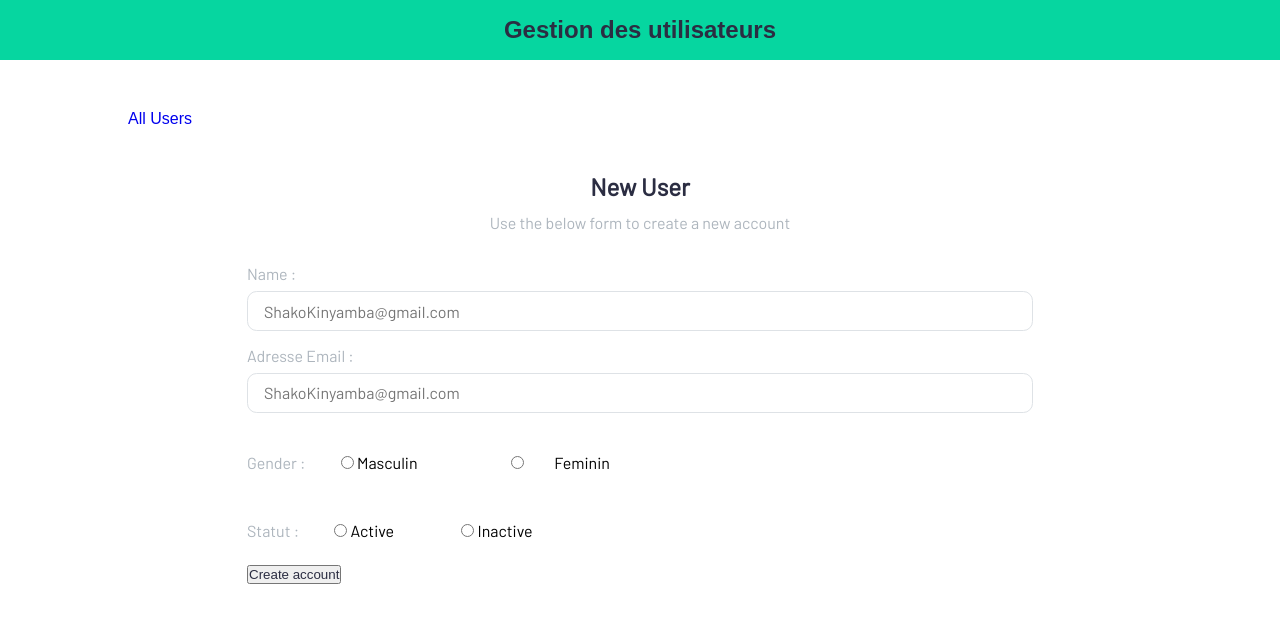
Repository: SKB-TECH/CrudMren
Page: add-user.html
The author's editor kept a copy of each file at every save. The page is drawn from the files as they stood at one save, then again after the next save.
The browser window is 1280 px wide. The pictures show the whole page.
Some web fonts or font styles are not loaded; a fallback is used.

Above is the page before, as saved 2022-10-11 12:57:24.

### add-user.html
<!DOCTYPE html>
<html lang="en">

<head>
    <meta charset="UTF-8">
    <meta http-equiv="X-UA-Compatible" content="IE=edge">
    <meta name="viewport" content="width=device-width, initial-scale=1.0">
    <link rel="stylesheet" href="https://cdnjs.cloudflare.com/ajax/libs/font-awesome/6.2.0/css/all.min.css"
        integrity="sha512-xh6O/CkQoPOWDdYTDqeRdPCVd1SpvCA9XXcUnZS2FmJNp1coAFzvtCN9BmamE+4aHK8yyUHUSCcJHgXloTyT2A=="
        crossorigin="anonymous" referrerpolicy="no-referrer" />
    <link rel="stylesheet" href="./assets/css/style.css">
    <title>CRUD APPLICATION</title>
</head>

<body>
    <!-- Header -->
    <header id="header">
        <nav>
            <div class="container">
                <div class="text-center">
                    <a href="/" class="nav-brand text-dark">Gestion des utilisateurs</a>
                </div>
            </div>
        </nav>
    </header>
    <!-- /Header -->
    <!-- Main  -->
    <main id="site-main">
        <div class="container">
            <div class="box-nav d-flex-justify=between ">
                <div class="filteer">
                    <a href="/">All Users</a>
                </div>
            </div>

            <div class="form-title text-center">
                <h2 class="text-dark">New User</h2>
                <span class="text-light">Use the below form to create a new account</span>
            </div>

            <!-- Form handling -->
             <form action="" method="POST" id="update_user">
                <div class="new_user">
                    <!-- nom de l'utilisateur -->
                    <div class="form-group">
                        <label for="name" class="text-light">Name : </label>
                        <input type="hidden" name="id" value="">
                        <input type="text" name="name" placeholder="ShakoKinyamba@gmail.com">
                    </div>
                    <!-- adresse mail -->
                    <div class="form-group">
                        <label for="name" class="text-light">Adresse Email : </label>
                        <input type="text" name="email" placeholder="ShakoKinyamba@gmail.com">
                    </div>
                    <!-- Sexe de l'agent -->
                    <div class="form-group">
                        <label for="name" class="text-light">Gender : </label>
                        <div class="radio inline">
                            <input type="radio" name="gender" value="Masculin">
                            <label for="gender" class="radio-label">Masculin</label>
                        </div>

                        <div class="radio inline">
                            <input type="radio" name="gender" value="Feminin" class="radio">
                            <label for="gender" class="radio-label">Feminin</label>
                        </div>
                    </div>

                    <!-- le statut -->
                    <div class="form-group">
                        <label for="name" class="text-light">Statut : </label>
                        <div class="radio inline">
                            <input type="radio" name="statut" value="Active">
                            <label for="statut" class="radio-label">Active</label>
                        </div>

                        <div class="radio inline">
                            <input type="radio" name="statut" value="Inactive">
                            <label for="statut" class="radio-label">Inactive</label>
                        </div>
                    </div>
                    <!-- fin Statut -->

                    <!-- Submit -->
                    <div class="form-group">
                        <button type="submit" class="btn text-dark update">Create account</button>
                    </div>
                </div>
             </form>
            <!-- /Form handling -->
        </div>
    </main>
    <!-- /Main -->
</body>

</html>

### assets/css/style.css
@import url('https://fonts.googleapis.com/css2?family=Barlow&family=PT+Sans&display=swap');

/* font-family: 'Barlow', sans-serif;
font-family: 'PT Sans', sans-serif; */

:root {
    --dark: #2b2d42;
    --light: #adb5bd;
    --border: #dee2e6;
    --border-btn: #edf2f4
}

* {
    padding: 0;
    margin: 0;
    box-sizing: border-box;
}

a {
    text-decoration: none;
    font-family: 'PT Sans', sans-serif;
}

.container {
    max-width: 1024px;
    margin: auto;
}

.nav-brand {
    font-size: 1.5em;
    font-weight: bold;
}

.d-flex {
    display: flex;
    flex-wrap: wrap;
}

.justify-between {
    justify-content: space-between;
}

.text-center {
    text-align: center;
}

.border-btn {
    border: 1px solid var(--border-btn);
    box-shadow: 1px 3px 10px #e9ecef;
}

.text-dark {
    color: var(--dark);
}

.inline {
    display: inline-block;
}

.text-light {
    color: var(--light)
}

#header nav {
    background-color: #06d6a0;
    padding: 1em 0;
    width: 100%;
}

#site-main {
    margin-top: 3em;
    font-family: 'Barlow', 'Sans-serif';
}

#site-main .container .box-nav>a {
    font-size: 1em;
    padding: 5em 1em;
}

#site-main .container form {
    margin: 2em 0;
}

table {
    border-spacing: 0px;
    width: 100%;
}

.table td,
.table th {
    padding: .75em;
    vertical-align: top;
    text-align: center;
    border-top: 1px solid var(--border);
}

.table td>a.btn {
    padding: 3em 1em;
    font-size: 1.1em;
    margin: 0.2em;
}

.table tr:hover {
    background-color: var(--border);
}

.table td:hover td>a {
    box-shadow: none;
}

.table .thead-dark th {
    color: #fff;
    background-color: var(--dark);
    border-color: #32383e;
}

.form-title {
    margin-top: 2em;
}

.form-title>h2 {
    padding: .5em 0;
}

.new_user {
    max-width: 786px;
    margin: auto;
}

#update_user .form-group,
#add_user .form-group {
    margin: .4em 0;
}

#update_user .form-group input[type="text"],
#add_user .form-group input[type="text"] {
    width: 100%;
    padding: .6em 1em;
    margin: .5em 0;
    border: 1px solid var(--border);
    font-size: 1em;
    font-family: 'Barlow', sans-serif;
    border-radius: .6em;
}

#update_user .form-group .radio,
#add_user .form-group .radio {
    margin: 1em 2em;
}

.radio input[text='radio']+.radio-label:before {
    content: "";
    background: var(--border-btn);
    border-radius: 100%;
    border: 1px solid var(--border);
    display: inline-block;
    width: 1em;
    height: 1em;
    position: relative;
    top: -0em;
    margin-right: .5em;
    vertical-align: top;
    cursor: pointer;
    text-align: center;
    -webkit-transform: all 250ms ease;
    transition: all 250ms ease;
}

.radio input[text='radio']+.radio-label:before {

After the next save:
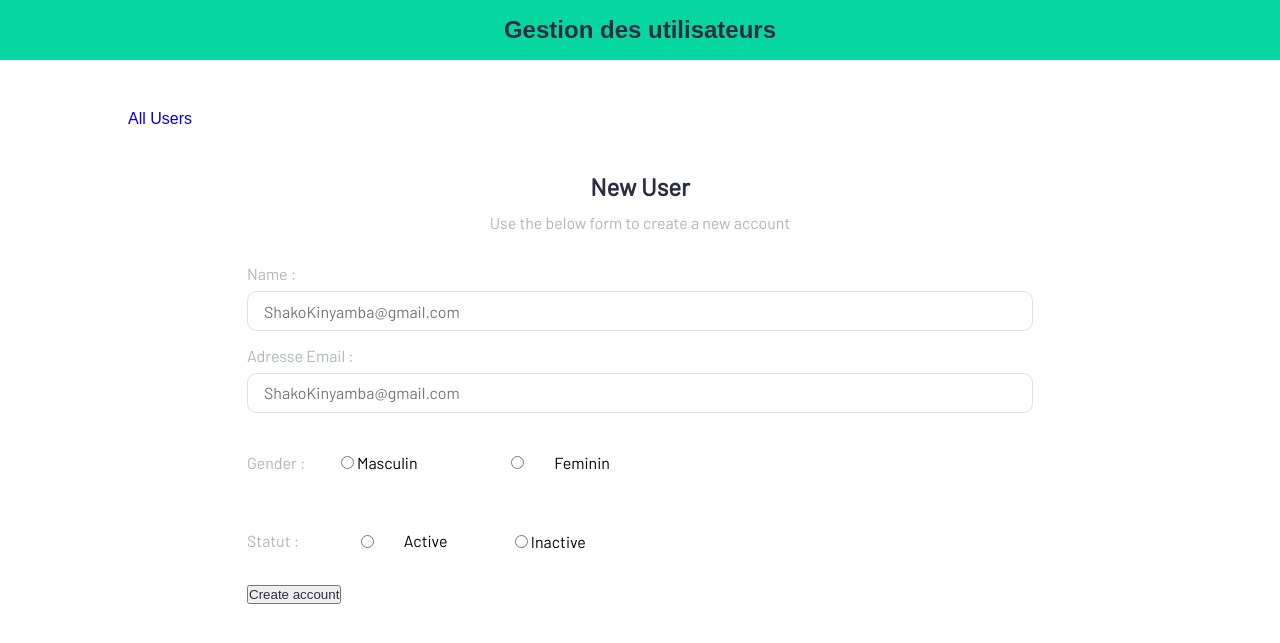
Saved 8 s later.
--- a/add-user.html
+++ b/add-user.html
@@ -70,7 +70,7 @@
                     <div class="form-group">
                         <label for="name" class="text-light">Statut : </label>
                         <div class="radio inline">
-                            <input type="radio" name="statut" value="Active">
+                            <input type="radio" name="statut" value="Active" class="radio">
                             <label for="statut" class="radio-label">Active</label>
                         </div>
 
